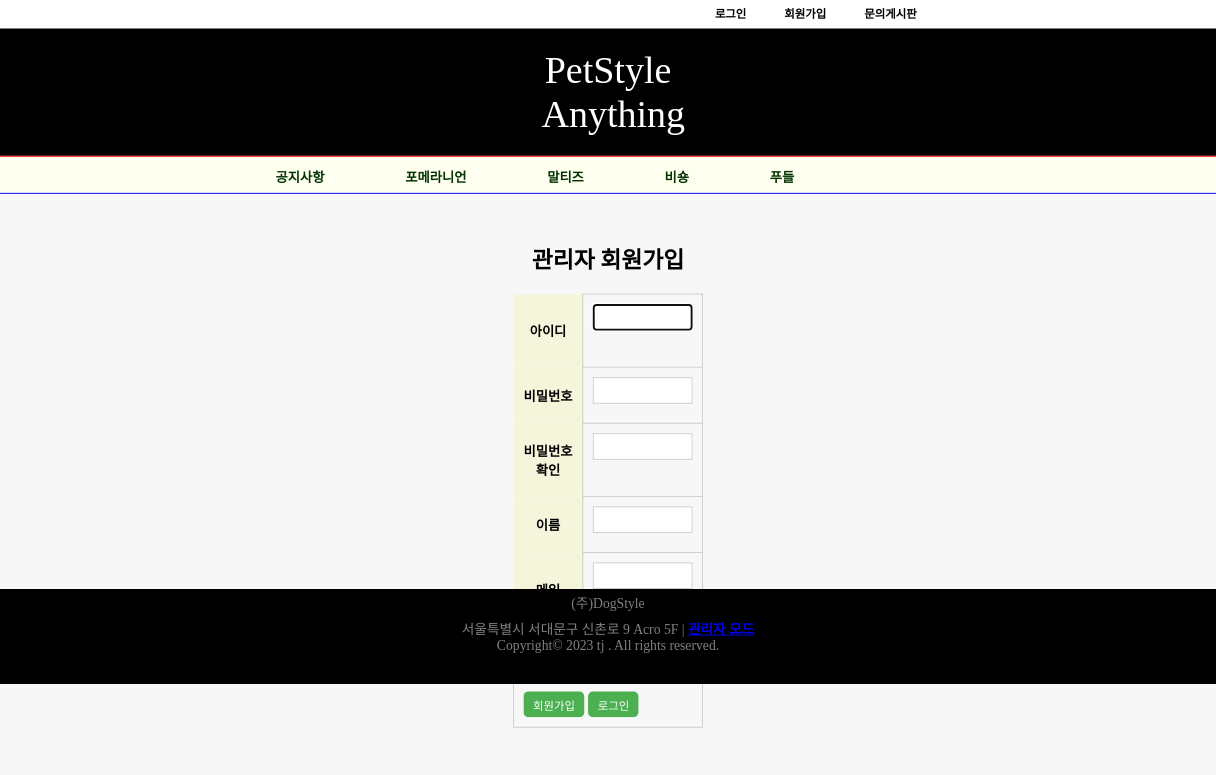
Repository: kdkk2000/Project
Page: http://localhost/petstyle/admin/adminJoin.jsp
These files come from the project's save history. The page is drawn as it stood at one moment and after the next save; the edit follows.
The browser window is 1280 px wide. The pictures show the whole page, at 95% of full size.
The page is served by Tomcat 9. Other server files are loaded and not shown. The template is opened directly, without the code that normally fills it, so the values that code supplies are empty.

Above is the page before, as saved 2023-03-29 06:29:15.

### petstyle/WebContent/admin/adminJoin.jsp
<%@ page language="java" contentType="text/html; charset=UTF-8"
    pageEncoding="UTF-8"%>
<%@ taglib prefix="c" uri="http://java.sun.com/jsp/jstl/core" %>
<%@ taglib prefix="fmt" uri="http://java.sun.com/jsp/jstl/fmt"%>
<c:set var="conPath" value="${pageContext.request.contextPath }"/>
<!DOCTYPE html>
<html>
<head>
	<meta charset="UTF-8">
	<title>Admin Join</title>
	<link href="${conPath }/css/loginJoin.css" rel="stylesheet">
	<link rel="stylesheet" href="//code.jquery.com/ui/1.13.2/themes/base/jquery-ui.css">
	<script src="https://code.jquery.com/jquery-3.6.0.js"></script>
	<script src="https://code.jquery.com/ui/1.13.2/jquery-ui.js"></script>
	<script>
		$(function(){
			$('input[name="adminId"]').keyup(function(){
				var adminId = $(this).val();
				if(adminId.length<2){
					$('#adminIdConfirmResult').text('아이디는 2글자 이상');
				}else{
					$.ajax({
						url : '${conPath}/adminIdConfirm.do',
						type : 'get',
						data : 'adminId='+adminId,
						dataType : 'html',
						success : function(data){
							$('#adminIdConfirmResult').html(data);
						},
					});// ajax함수
				}//if
			});// keyup event
			$('input[name="adminPw"], input[name="adminPwChk"]').keyup(function(){
				var pw = $('input[name="adminPw"]').val();
				var pwChk = $('input[name="adminPwChk"]').val();
				if(pw == pwChk){
					$('#adminPwChkResult').text('비밀번호 일치');
				}else{
					$('#adminPwChkResult').text('비밀번호 불일치');
				}
			});// keyup event(비밀번호 일치 확인용)
			$('form').submit(function(){
				var adminIdConfirmResult = $('#adminIdConfirmResult').text().trim();
				var adminPwChkResult = $('#adminPwChkResult').text().trim();
				if(adminIdConfirmResult != '사용 가능한 ID입니다'){
					alert('사용 불가한 아이디입니다');
					$('input[name="adminId"]').focus();
					return false; // submit 제한
				}else if(adminPwChkResult != '비밀번호 일치'){
					alert('비밀번호를 확인하세요');
					$('input[name="adminPw"]').focus();
					return false;
				}
			});
		});
	</script>
</head>
<body>
	<jsp:include page="../main/header.jsp"/>
	<div id="content_form">
		<form action="${conPath}/adminJoin.do" method="post">
			<table>
				<caption>관리자 회원가입</caption>
				<tr>
				    <th>아이디</th>
				    <td>
				        <input type="text" name="adminId" required="required" autofocus="autofocus">
				        <div id="adminIdConfirmResult"> &nbsp; </div>
				    </td>
				</tr>
				<tr>
				    <th>비밀번호</th>
				    <td><input type="password" name="adminPw" required="required"></td>
				</tr>
				<tr>
				    <th>비밀번호 확인</th>
				    <td>
				        <input type="password" name="adminPwChk" required="required">
				        <div id="adminPwChkResult"> &nbsp; </div>
				    </td>
				</tr>
				<tr>
				    <th>이름</th>
				    <td><input type="text" name="adminName" required="required"></td>
				</tr>
				<tr>
				    <th>메일</th>
				    <td>
				        <input type="text" name="adminEmail" required="required">
				        <div id="adminEmailConfirmResult"> &nbsp; </div>
				    </td>
				</tr>
				<tr>
				    <th>전화번호</th>
				    <td><input type="text" name="adminPhone"></td>
				</tr>
				<tr>
					<td colspan="2">
						<p>
							<input type="submit" value="회원가입" class="btn">
							<input type="button" value="로그인" class="btn" onclick="location='${conPath}/adminLoginView.do'">
						</p>
					</td>
				</tr>
			</table>
		</form>
	</div>
	<jsp:include page="../main/footer.jsp"/>
</body>
</html>

### petstyle/WebContent/main/header.jsp
<%@ page language="java" contentType="text/html; charset=UTF-8"
    pageEncoding="UTF-8"%>
<%@taglib prefix="c" uri="http://java.sun.com/jsp/jstl/core"%>
<%@taglib prefix="fmt" uri="http://java.sun.com/jsp/jstl/fmt" %>
<c:set var="conPath" value="${pageContext.request.contextPath }"/>
<!DOCTYPE html>
<html>
<head>
	<meta charset="UTF-8">
	<title>Insert title here</title>
<style>
	*{padding:0; margin: 0;}
	header {
		background-color: black; font-size: 10pt; color: white;
	}
	header a {text-decoration: none; font-weight: bold;}
	header li {list-style: none;}
	header .gnb {
	    width: 100%;
	    background-color: white;
	    margin-left: auto;
	}
	header .gnb ul {
		overflow: hidden;
		width:700px;
		height: 30px;
		line-height: 30px;
		margin: 0 auto;
	}
	header .gnb ul li {	float: right; margin-right:10px;}
	header .gnb a {
		color : black;
		font-size: 0.9em;
		display: block;
		padding-left:15px;
		padding-right:15px;
	}
	header .gnb a:hover {
		font-size: 1.2em;
  		background-color: black;
  		color: white;
	}

	header .logo{
		width:140px; text-align:center;
		margin: 20px auto; font-size:3em;
		cursor: pointer;
	}
	header .lnb {
		background-color: ivory;
	  	width: 100%; height: 40px;
	  	border-top: 1px solid red;
		border-bottom: 1px solid blue;
		position:relative; /*서브메뉴가 main영역 위로 */
	}
	header .lnb ul{
		text-align:center;
		overflow: hidden;
		width:800px;
		margin: 0 auto;
	}
	header .lnb ul>li {
		font-weight: bold;
		font-size: 14px;
		margin: 5px;
		margin-left: 20px;
		float:left;
		padding:5px 30px;
		line-height: 25px;
	}
	header .lnb li:hover {
  		background-color: black;
  		color: white;
	}
	header .lnb a {
		color : white;
		font-size: 0.9em;
		display: block;
		padding-left:15px;
		padding-right:15px;
	}
	header .lnb a:hover {
  		background-color: yellow;
  		color: black;
	}
	header .lnb li {color: #003300;}
	header .lnb ul li .subMenu {display:none;}
	header .lnb ul li:hover .subMenu {display: block; margin: 10px 0 0 0;}
</style>
</head>
<body>
<header>
	<c:if test="${empty user and empty admin}"> <%-- 로그인 전 화면 --%>
		<div class="gnb">
			<ul>
				<li><a href="${conPath }/boardList.do">문의게시판</a></li>
				<li><a href="${conPath }/joinView.do">회원가입</a></li>
				<li><a href="${conPath }/loginView.do">로그인</a></li>
			</ul>
		</div>
		<div class="logo" onclick="location.href='${conPath}/main.do'">
			PetStyle Anything
		</div>
		<div class="lnb">
			<ul>
				<li>공지사항
					<ol class="subMenu">
						<li><a href="${conPath }/noticeList.do">공지사항</a></li>
					</ol>
				</li>
				<li>포메라니언
					<ol class="subMenu">
						<li><a href="../fileBoardUp/dog.jpg">곰돌이컷</a></li>
						<li><a href="#">물개컷</a></li>
						<li><a href="#">포메컷</a></li>
						<li><a href="#">라이언컷</a></li>
						<li><a href="#">풀코트</a></li>
					</ol>
				</li>
				<li>말티즈
					<ol class="subMenu">
						<li><a href="#">알밤컷</a></li>
						<li><a href="#">곰돌이컷</a></li>
						<li><a href="#">베이비컷 </a></li>
						<li><a href="#">무스타슈 </a></li>
					</ol>
				</li>
				<li>비숑
					<ol class="subMenu">
						<li><a href="#">하이바컷</a></li>
						<li><a href="#">귀툭튀컷</a></li>
					</ol>
				</li>
				<li>푸들
					<ol class="subMenu">
						<li><a href="#">양컷</a></li>
						<li><a href="#">몽키컷</a></li>
						<li><a href="#">브로콜리컷</a></li>
						<li><a href="#">테디베어컷</a></li>
						<li><a href="#">귀똑컷</a></li>
					</ol>
				</li>
			</ul>
		</div>
	</c:if>
	<c:if test="${not empty user and empty admin}"> <%-- 사용자 모드 로그인 화면--%>
		<div class="gnb">
			<ul>
				<li><a href="${conPath }/boardList.do">문의게시판</a></li>
				<li><a href="${conPath }/logout.do">로그아웃</a></li>
				<li><a href="${conPath }/modifyView.do">정보수정</a></li>
				<li><a>${user.userName }님 &nbsp; ▶</a></li>
			</ul>
		</div>
		<div class="logo" onclick="location.href='${conPath}/main.do'">
			PetStyle Anything
		</div>
		<div class="lnb">
			<ul>
				<li>공지사항
					<ol class="subMenu">
						<li><a href="${conPath }/noticeList.do">공지사항</a></li>
					</ol>
				</li>
				<li>포메라니언
					<ol class="subMenu">
						<li><a href="#">곰돌이컷</a></li>
						<li><a href="#">물개컷</a></li>
						<li><a href="#">포메컷</a></li>
						<li><a href="#">라이언컷</a></li>
						<li><a href="#">풀코트컷</a></li>
					</ol>
				</li>
				<li>말티즈
					<ol class="subMenu">
						<li><a href="#">알밤컷</a></li>
						<li><a href="#">곰돌이컷</a></li>
						<li><a href="#">베이비컷 </a></li>
						<li><a href="#">무스타슈컷 </a></li>
					</ol>
				</li>
				<li>비숑
					<ol class="subMenu">
						<li><a href="#">하이바컷</a></li>
						<li><a href="#">귀툭튀컷</a></li>
					</ol>
				</li>
				<li>푸들
					<ol class="subMenu">
						<li><a href="#">양컷</a></li>
						<li><a href="#">몽키컷</a></li>
						<li><a href="#">브로콜리컷</a></li>
						<li><a href="#">테디베어컷</a></li>
						<li><a href="#">귀똑컷</a></li>
					</ol>
				</li>
			</ul>
		</div>
	</c:if>
	<c:if test="${empty user and not empty admin}"> <%-- 관리자 모드 로그인 화면--%>
		<div class="gnb">
			<ul>
				<li><a href="${conPath }/boardList.do">문의게시판</a></li>
				<li><a href="${conPath }/logout.do">관리자모드나가기</a></li>
				<li><a href="${conPath }/adminModify.do">정보수정</a></li>
				<li><a>${admin.adminName }님 &nbsp; ▶</a></li>
			</ul>
		</div>
		<div class="logo" onclick="location.href='${conPath}/main.do'">
			PetStyle Anything
		</div>
		<div class="lnb">
			<ul>
				<li>공지사항
					<ol class="subMenu">
						<li><a href="${conPath }/noticeList.do">공지사항</a></li>
					</ol>
				</li>
				<li>회원 리스트
					<ol class="subMenu">
						<li><a href="${conPath }/allUser.do">회원 리스트</a></li>
					</ol>
				</li>
				<li>관리자 메모장
					<ol class="subMenu">
						<li><a href="#">관리자 메모장</a></li>
					</ol>
				</li>
			</ul>
		</div>
	</c:if>
</header>
</body>
</html>

### petstyle/WebContent/main/footer.jsp
<%@ page language="java" contentType="text/html; charset=UTF-8"
    pageEncoding="UTF-8"%>
<%@taglib prefix="c" uri="http://java.sun.com/jsp/jstl/core"%>
<%@taglib prefix="fmt" uri="http://java.sun.com/jsp/jstl/fmt" %>
<c:set var="conPath" value="${pageContext.request.contextPath }"/>
<!DOCTYPE html>
<html>
<head>
<meta charset="UTF-8">
<title>Insert title here</title>
	<style>
	footer {
		position: fixed;
		bottom: 0;
		height: 100px;
		background-color: black;
		width: 100%;
	}

	#footer_conts {
		color: gray;
		font-size: 0.9em;
		text-align: center;
		margin: 0 auto;
		width: 80%;
	}

	#footer_conts p:first-child {
		height: 30px;
		line-height: 30px;
	}
</style>
</head>
<body>
	<footer>
		<div id="footer_conts">
			<p>(주)DogStyle</p>
			<p>서울특별시 서대문구 신촌로 9 Acro 5F | <b><a href="${conPath }/adminLoginView.do">관리자 모드</a></b></p>
			<p>Copyright© 2023 tj . All rights reserved.</p>
		</div>
	</footer>
</body>
</html>

### petstyle/WebContent/css/loginJoin.css
* {
  box-sizing: border-box;
  margin: 0;
  padding: 0;
}

body {
  background-color: #f7f7f7;
}

#content_form {
  margin: 50px auto;
  width: 200px;
}

table {
  border-collapse: collapse;
  margin: 0 auto;
  width: 100%;
  font-size: 16px;
}

table caption {
  font-size: 24px;
  font-weight: bold;
  margin-bottom: 20px;
}

table th {
  background-color: beige;
  color: black;
  font-size: 14px;
  padding: 10px;
  text-align: center;
}

table td {
  border: 1px solid #ccc;
  padding: 10px;
}

table td:first-child {
  font-weight: bold;
  width: 100px;
}

input[type="text"],
input[type="password"],
textarea {
  border: 1px solid #ccc;
  padding: 6px;
  font-size: 12px;
  width: 100%;
  margin-bottom: 10px;
}

#userIdConfirmResult,
#userPwChkResult,
#userEmailConfirmResult {
  font-size: 12px;
  font-weight: bold;
  color: #333;
  margin-top: 5px;
}

.btn {
  background-color: #4CAF50;
  border: none;
  border-radius: 5px;
  color: #fff;
  cursor: pointer;
  padding: 5px 10px;
  font-size: 12px;
  text-align: center;
}

.btn:hover {
  background-color: black;
}

.btn:last-child {
  margin-right: 0;
}

After the next save:
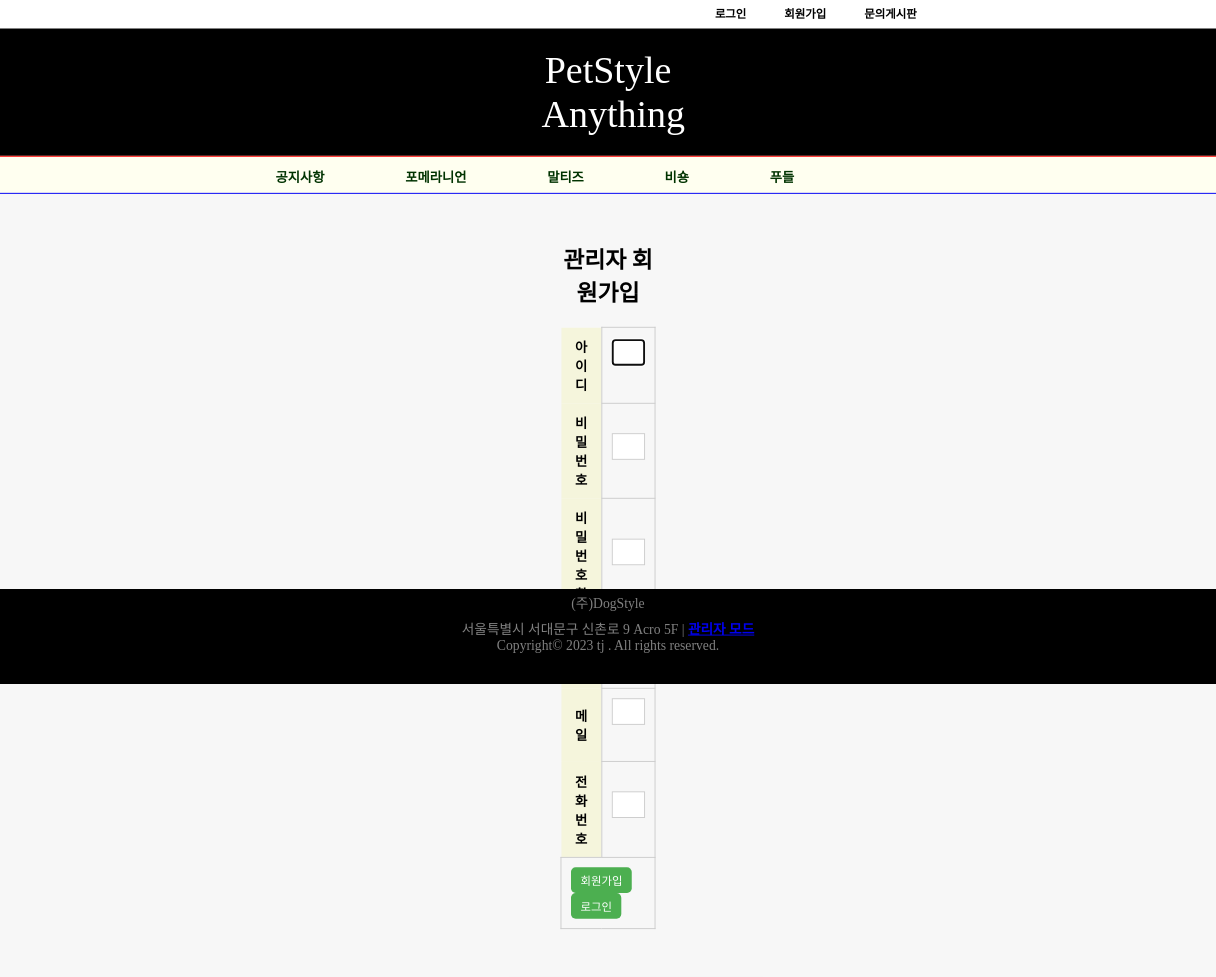
Saved 6 s later.
--- a/petstyle/WebContent/css/loginJoin.css
+++ b/petstyle/WebContent/css/loginJoin.css
@@ -10,7 +10,7 @@ body {
 
 #content_form {
   margin: 50px auto;
-  width: 200px;
+  width: 100px;
 }
 
 table {
